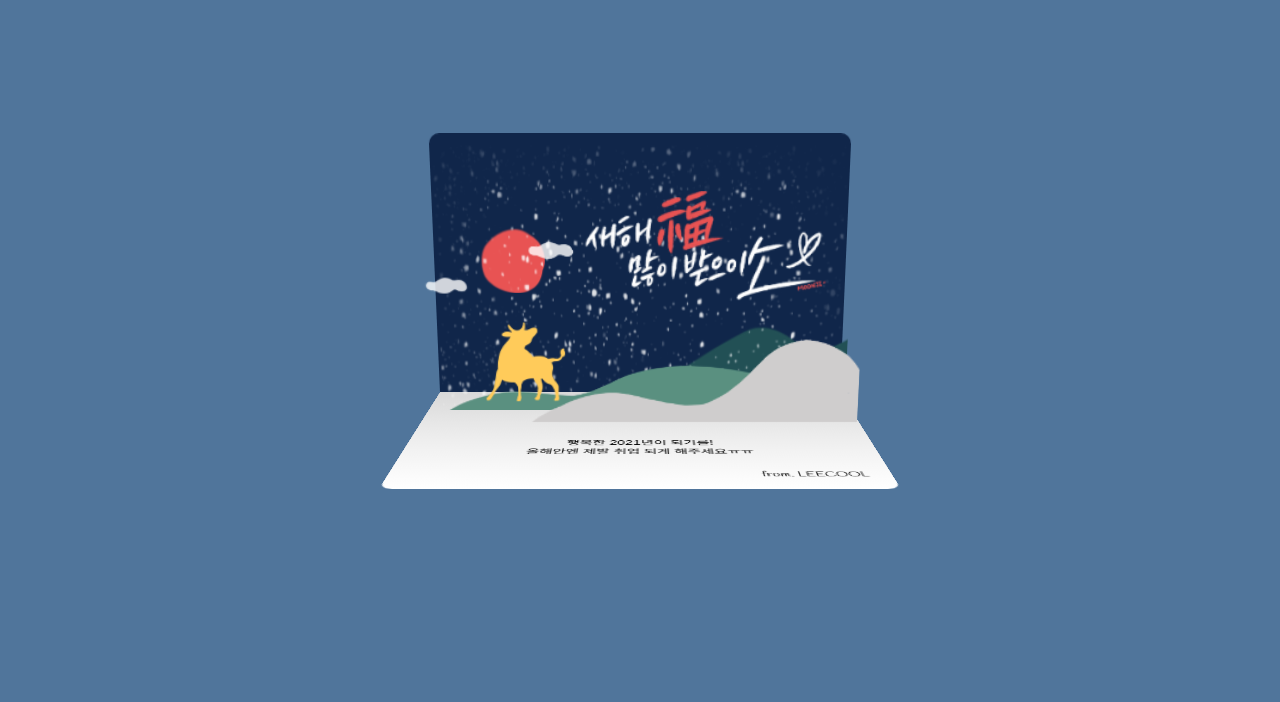
Repository: siwon9898/interaction_practice
Page: section6/index.html
An editor plug-in stored every save of this project. The page is shown before and after the next save, followed by the edit.
The browser window is 1280 px wide. The pictures show the whole page.
After loading, the first visible `button` was clicked once.

Above is the page before, as saved 2021-10-04 22:42:22.
Console error: ReferenceError: loop is not defined

### section6/index.html
<!DOCTYPE html>
<html lang="en">

<head>
    <meta charset="UTF-8">
    <meta http-equiv="X-UA-Compatible" content="IE=edge">
    <meta name="viewport" content="width=device-width, initial-scale=1.0">
    <meta property="og:image" content="../image/thumb.jpg" />

    <link rel="stylesheet" type="text/css" href="./css/reset.css" />
    <link rel="stylesheet" type="text/css" href="./css/motion.css" />
    <script type="text/javascript" src = "./js/motion.js"></script>

    <title>새복많받</title>
</head>

<body>
    <button type="button">Click! -LEECOOL :)</button>
    <div class="contentWrap">
        <div class="front">
            <h1></h1>
            <div class="sun"></div>
            <div class="cloud1"></div>
            <div class="cloud2"></div>

            <div class="m1"></div>
            <div class="m2"></div>
            <div class="snow"></div>
            <div class="m3"></div>
            <div class="cow"></div>
        </div>
        <div class="back">
            <p class="msg">행복한 2021년이 되기를!<br>올해안엔 제발 취업 되게 해주세요ㅠㅠ</p>
            <h3>from. LEECOOL</h3>
        </div>
    </div>
</body>

</html>

### section6/css/reset.css
/*! normalize.css v3.0.2 | MIT License | git.io/normalize */

/**
 * 1. Set default font family to sans-serif.
 * 2. Prevent iOS text size adjust after orientation change, without disabling
 *    user zoom.
 */

html {
  font-family: sans-serif;
  /* 1 */
  -ms-text-size-adjust: 100%;
  /* 2 */
  -webkit-text-size-adjust: 100%;
  /* 2 */
}

/**
   * Remove default margin.
   */

body {
  margin: 0;
}

/* HTML5 display definitions
     ========================================================================== */

/**
   * Correct `block` display not defined for any HTML5 element in IE 8/9.
   * Correct `block` display not defined for `details` or `summary` in IE 10/11
   * and Firefox.
   * Correct `block` display not defined for `main` in IE 11.
   */

article,
aside,
details,
figcaption,
figure,
footer,
header,
hgroup,
main,
menu,
nav,
section,
summary {
  display: block;
}

/**
   * 1. Correct `inline-block` display not defined in IE 8/9.
   * 2. Normalize vertical alignment of `progress` in Chrome, Firefox, and Opera.
   */

audio,
canvas,
progress,
video {
  display: inline-block;
  /* 1 */
  vertical-align: baseline;
  /* 2 */
}

/**
   * Prevent modern browsers from displaying `audio` without controls.
   * Remove excess height in iOS 5 devices.
   */

audio:not([controls]) {
  display: none;
  height: 0;
}

/**
   * Address `[hidden]` styling not present in IE 8/9/10.
   * Hide the `template` element in IE 8/9/11, Safari, and Firefox < 22.
   */

[hidden],
template {
  display: none;
}

/* Links
     ========================================================================== */

/**
   * Remove the gray background color from active links in IE 10.
   */

a {
  background-color: transparent;
}

/**
   * Improve readability when focused and also mouse hovered in all browsers.
   */

a:active,
a:hover {
  outline: 0;
}

/* Text-level semantics
     ========================================================================== */

/**
   * Address styling not present in IE 8/9/10/11, Safari, and Chrome.
   */

abbr[title] {
  border-bottom: 1px dotted;
}

/**
   * Address style set to `bolder` in Firefox 4+, Safari, and Chrome.
   */

b,
strong {
  font-weight: bold;
}

/**
   * Address styling not present in Safari and Chrome.
   */

dfn {
  font-style: italic;
}

/**
   * Address variable `h1` font-size and margin within `section` and `article`
   * contexts in Firefox 4+, Safari, and Chrome.
   */

h1 {
  font-size: 2em;
  margin: 0.67em 0;
}

/**
   * Address styling not present in IE 8/9.
   */

mark {
  background: #ff0;
  color: #000;
}

/**
   * Address inconsistent and variable font size in all browsers.
   */

small {
  font-size: 80%;
}

/**
   * Prevent `sub` and `sup` affecting `line-height` in all browsers.
   */

sub,
sup {
  font-size: 75%;
  line-height: 0;
  position: relative;
  vertical-align: baseline;
}

sup {
  top: -0.5em;
}

sub {
  bottom: -0.25em;
}

/* Embedded content
     ========================================================================== */

/**
   * Remove border when inside `a` element in IE 8/9/10.
   */

img {
  border: 0;
}

/**
   * Correct overflow not hidden in IE 9/10/11.
   */

svg:not(:root) {
  overflow: hidden;
}

/* Grouping content
     ========================================================================== */

/**
   * Address margin not present in IE 8/9 and Safari.
   */

figure {
  margin: 1em 40px;
}

/**
   * Address differences between Firefox and other browsers.
   */

hr {
  -moz-box-sizing: content-box;
  box-sizing: content-box;
  height: 0;
}

/**
   * Contain overflow in all browsers.
   */

pre {
  overflow: auto;
}

/**
   * Address odd `em`-unit font size rendering in all browsers.
   */

code,
kbd,
pre,
samp {
  font-family: monospace, monospace;
  font-size: 1em;
}

/* Forms
     ========================================================================== */

/**
   * Known limitation: by default, Chrome and Safari on OS X allow very limited
   * styling of `select`, unless a `border` property is set.
   */

/**
   * 1. Correct color not being inherited.
   *    Known issue: affects color of disabled elements.
   * 2. Correct font properties not being inherited.
   * 3. Address margins set differently in Firefox 4+, Safari, and Chrome.
   */

button,
input,
optgroup,
select,
textarea {
  color: inherit;
  /* 1 */
  font: inherit;
  /* 2 */
  margin: 0;
  /* 3 */
}

/**
   * Address `overflow` set to `hidden` in IE 8/9/10/11.
   */

button {
  overflow: visible;
  border: 0;
}

/**
   * Address inconsistent `text-transform` inheritance for `button` and `select`.
   * All other form control elements do not inherit `text-transform` values.
   * Correct `button` style inheritance in Firefox, IE 8/9/10/11, and Opera.
   * Correct `select` style inheritance in Firefox.
   */

button,
select {
  text-transform: none;
}

/**
   * 1. Avoid the WebKit bug in Android 4.0.* where (2) destroys native `audio`
   *    and `video` controls.
   * 2. Correct inability to style clickable `input` types in iOS.
   * 3. Improve usability and consistency of cursor style between image-type
   *    `input` and others.
   */

button,
html input[type="button"],
/* 1 */
input[type="reset"],
input[type="submit"] {
  -webkit-appearance: button;
  /* 2 */
  cursor: pointer;
  /* 3 */
}

/**
   * Re-set default cursor for disabled elements.
   */

button[disabled],
html input[disabled] {
  cursor: default;
}

/**
   * Remove inner padding and border in Firefox 4+.
   */

button::-moz-focus-inner,
input::-moz-focus-inner {
  border: 0;
  padding: 0;
}

/**
   * Address Firefox 4+ setting `line-height` on `input` using `!important` in
   * the UA stylesheet.
   */

input {
  line-height: normal;
}

/**
   * It's recommended that you don't attempt to style these elements.
   * Firefox's implementation doesn't respect box-sizing, padding, or width.
   *
   * 1. Address box sizing set to `content-box` in IE 8/9/10.
   * 2. Remove excess padding in IE 8/9/10.
   */

input[type="checkbox"],
input[type="radio"] {
  box-sizing: border-box;
  /* 1 */
  padding: 0;
  /* 2 */
}

/**
   * Fix the cursor style for Chrome's increment/decrement buttons. For certain
   * `font-size` values of the `input`, it causes the cursor style of the
   * decrement button to change from `default` to `text`.
   */

input[type="number"]::-webkit-inner-spin-button,
input[type="number"]::-webkit-outer-spin-button {
  height: auto;
}

/**
   * 1. Address `appearance` set to `searchfield` in Safari and Chrome.
   * 2. Address `box-sizing` set to `border-box` in Safari and Chrome
   *    (include `-moz` to future-proof).
   */

input[type="search"] {
  -webkit-appearance: textfield;
  /* 1 */
  -moz-box-sizing: content-box;
  -webkit-box-sizing: content-box;
  /* 2 */
  box-sizing: content-box;
}

/**
   * Remove inner padding and search cancel button in Safari and Chrome on OS X.
   * Safari (but not Chrome) clips the cancel button when the search input has
   * padding (and `textfield` appearance).
   */

input[type="search"]::-webkit-search-cancel-button,
input[type="search"]::-webkit-search-decoration {
  -webkit-appearance: none;
}

/**
   * Define consistent border, margin, and padding.
   */

fieldset {
  border: 1px solid #c0c0c0;
  margin: 0 2px;
  padding: 0.35em 0.625em 0.75em;
}

/**
   * 1. Correct `color` not being inherited in IE 8/9/10/11.
   * 2. Remove padding so people aren't caught out if they zero out fieldsets.
   */

legend {
  border: 0;
  /* 1 */
  padding: 0;
  /* 2 */
}

/**
   * Remove default vertical scrollbar in IE 8/9/10/11.
   */

textarea {
  overflow: auto;
}

/**
   * Don't inherit the `font-weight` (applied by a rule above).
   * NOTE: the default cannot safely be changed in Chrome and Safari on OS X.
   */

optgroup {
  font-weight: bold;
}

/* Tables
     ========================================================================== */

/**
   * Remove most spacing between table cells.
   */

table {
  border-collapse: collapse;
  border-spacing: 0;
}

td,
th {
  padding: 0;
}

### section6/css/motion.css
@import url("https://fonts.googleapis.com/css2?family=Handlee&display=swap");

body {
    background: #50759b;
    overflow: hidden;
}

button {
    position: absolute;
    top: 50%;
    left: 50%;
    transform: translateX(-50%, -50%);
    padding: 20px 45px;
    font-size: 20px;
    font-weight: 500;
    z-index: 10000;
    border-radius: 30px 30px 30px 30px;
    background: black;
    color: #fff;
    width: 290px;
}

button:before {
    content: "";
    position: relative;
    width: 50px;
    height: 50px;
    bottom: 60px;
    left: 30px;
    z-index: 0;
    background: url(/image/cow.png) center center/100% no-repeat;
    transition: all .3s ease-in-out;
}

button:hover:before {
    transform: translate(10px, -15px) scale(1.7);
}


button.dimd {
    display: none;
}

.contentWrap {
    position: absolute;
    top: 51%;
    left: 50%;
    transform: translate(-50%, -50%);
    transform-style: preserve-3d;
    perspective: 800px;
    visibility: hidden;
    opacity: 0;
}

.contentWrap.active {
    visibility: visible;
    opacity: 1;
}

.contentWrap .front {
    position: relative;
    width: 400px;
    height: 250px;
    background: #10264a;
    transform: rotateX(-10deg);
    transform-origin: bottom center;
    transform-style: preserve-3d;
    perspective: 800px;
    border-radius: 10px 10px 0 0;
}

.contentWrap .front h1{
    position: absolute;
    top: 0;
    left: 0;
    width: 100%;
    height: 200px;
    background: url(/image/text.png) center top/200px no-repeat;
    transform: translate3d(55px, 40px, 57px);
}

.contentWrap .front .sun{
    position: absolute;
    top:0;
    left: 0;
    width: 100px;
    height: 100px;
    background: url(/image/sun.png) center bottom/60px no-repeat;
    transform: translate3d(30px, 50px, 10px);

}

.contentWrap .front .cloud1 {
    position: absolute;
    top: 0;
    width: 100px;
    height: 100px;
    background: url(/image/cloud.png) center center/40px no-repeat;
    transform: translate3d(70px, 60px, 30px);
    opacity: .8;
    z-index: 10;
}

.contentWrap .front .cloud2 {
    position: absolute;
    top: 0;
    width: 100px;
    height: 100px;
    background: url(/image/cloud.png) center center/36px no-repeat;
    transform: translate3d(-20px, 90px, 40px);
    opacity: .8;
    z-index: 10;
}

.contentWrap .front .m1 {
    position: absolute;
    bottom: 0;
    right: 0;
    width: 90%;
    height: 200px;
    background: url(/image/m1.png) right bottom/55% no-repeat;
    transform: translate3d(-8px, 0, 26px);
}

.contentWrap .front .m2 {
    position: absolute;
    bottom: 0;
    right: 0;
    width: 90%;
    height: 200px;
    background: url(/image//m2.png) right bottom/100% no-repeat;
    transform: translate3d(-10px, 0, 45px);
}

.contentWrap .front .m3 {
    position: absolute;
    bottom: 0;
    right: 0;
    width: 90%;
    height: 200px;
    background:url(/image/m3.png) right bottom/75% no-repeat;
    transform: translate3d(-20px, 0, 70px);
}

.contentWrap .front .cow {
    position: absolute;
    width: 70px;
    height: 70px;
    bottom: 0;
    left: 0;
    z-index: 10;
    background: url(/image/cow.png) center center/100% no-repeat;
    transform: translate3d(65px, -9px, 48px);

}

.contentWrap .front .snow {
    position: absolute;
    bottom: 0;
    left: 0;
    width: 100%;
    height: 230px;
    background: url(/image/snow.png) center bottom/90% no-repeat;
    transform: translate3d(0px, 0, 35px);
}

.contentWrap .back {
    position: relative;
    width: 400px;
    height: 200px;
    background: linear-gradient(180deg, #d8d8d8, #fff);
    border-radius: 0 0 10px 10px;
    transform: rotateX(70deg);
    transform-origin: top center;
    transform-style: preserve-3d;
    perspective: 800px;
}

.contentWrap .back h3 {
    position: absolute;
    font-size: 12px;
    text-align: right;
    font-weight: 100;
    right: 0px;
    bottom: 0;
    transform-origin: bottom;
    transform: translate3d(-20px, 0px, 2px);
    color: #000;
    font-family: 'Handlee', cursive, "Apple SD Gothic Neo", arial;
}

.contentWrap .back .msg {
    position: absolute;
    display: block;
    width: 100%;
    font-size: 12px;
    text-align: center;
    font-weight: 100;
    top: 100px;
    left: 0px;
    transform-origin: bottom;
    transform: translate3d(0px, 0px, 2px);
    color: #000;
}

### section6/js/motion.js
var wrap;
var x = 0,
  y = 0;
var mx = 0,
  my = 0;
var isMobile = false;
var isIos = false;

window.onload = function () {
  wrap = document.querySelector(".contentWrap");
  isMobile = mobileChk();
  isIos = iosChk();

  var button = document.querySelectorAll("button")[0];

  button.addEventListener("click", function () {
    button.classList.add("dimd");
    wrap.classList.add("active");

    if (isMobile) {
      if (isIos) {
        DeviceOrientationEvent.requestPermission().then(function () {
          mobileOrientationChk();
        }).catch(console.error);

      } else {
        mobileOrientationChk();
      }

      function mobileOrientationChk() {
        window.addEventListener("deviceorientation", function (event) {
          x = event.gamma;
          y = event.beta;
        });
        loopMobile();
      }

    } else {
      window.addEventListener("click", function (e) {
        x = (e.clientX - window.innerWidth / 2);
        y = (e.clientY - window.innerHeight / 2);
      });
      loop();
    }
  });

}

function loopMobile() {
  mx += (x - mx) * .1;
  my += (y - my) * .1;

  wrap.style.transform = "translate3d(-50%, -50%, 0) rotateX(" + (my - 50) + "deg) rotateY(" + (mx) + "deg)";
  window.requestAnimationFrame(loopMobile);

  function loop() {
    mx += (x - mx) * .1;
    my += (y - my) * .1;

    wrap.style.transform = "translate3d(-50%, -50%, 0) rotateX(" + (my / 10) + "deg) rotateY(" + (-mx / 10) + "deg)";

    window.requestAnimationFrame(loop);
  }
}

function mobileChk() {
  var mobileKeyWords = new Array('Android', 'iPhone', 'iPad', 'BlackBerry', 'Windows CE', 'SAMSUNG', 'LG', 'MOT', 'SonyEricsson');
  for (var info in mobileKeyWords) {
    if (navigator.userAgent.match(mobileKeyWords[info]) != null) {
      return true;
    }
  }
  return false;
}

function iosChk(){
  var mobileKeyWords = new Array ('iPhone', 'iPad');
  for (var info in mobileKeyWords){
    if(navigator.userAgent.match(mobileKeyWords[info]) != null){
      return true;
    }
  }
  return false;
}

After the next save:
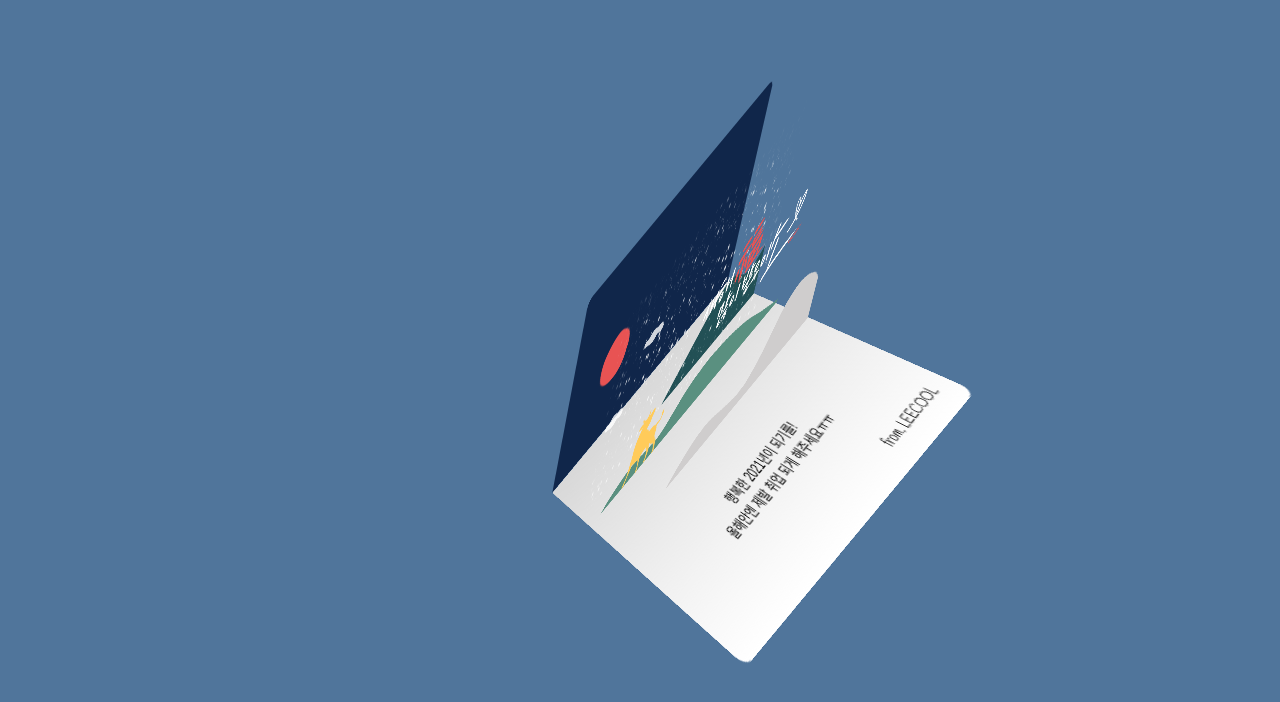
The error is gone.
Saved 2 min 19 s later.
--- a/section6/js/motion.js
+++ b/section6/js/motion.js
@@ -53,14 +53,16 @@ function loopMobile() {
   wrap.style.transform = "translate3d(-50%, -50%, 0) rotateX(" + (my - 50) + "deg) rotateY(" + (mx) + "deg)";
   window.requestAnimationFrame(loopMobile);
 
-  function loop() {
-    mx += (x - mx) * .1;
-    my += (y - my) * .1;
 
-    wrap.style.transform = "translate3d(-50%, -50%, 0) rotateX(" + (my / 10) + "deg) rotateY(" + (-mx / 10) + "deg)";
+}
 
-    window.requestAnimationFrame(loop);
-  }
+function loop() {
+  mx += (x - mx) * .1;
+  my += (y - my) * .1;
+
+  wrap.style.transform = "translate3d(-50%, -50%, 0) rotateX(" + (my / 10) + "deg) rotateY(" + (-mx / 10) + "deg)";
+
+  window.requestAnimationFrame(loop);
 }
 
 function mobileChk() {
